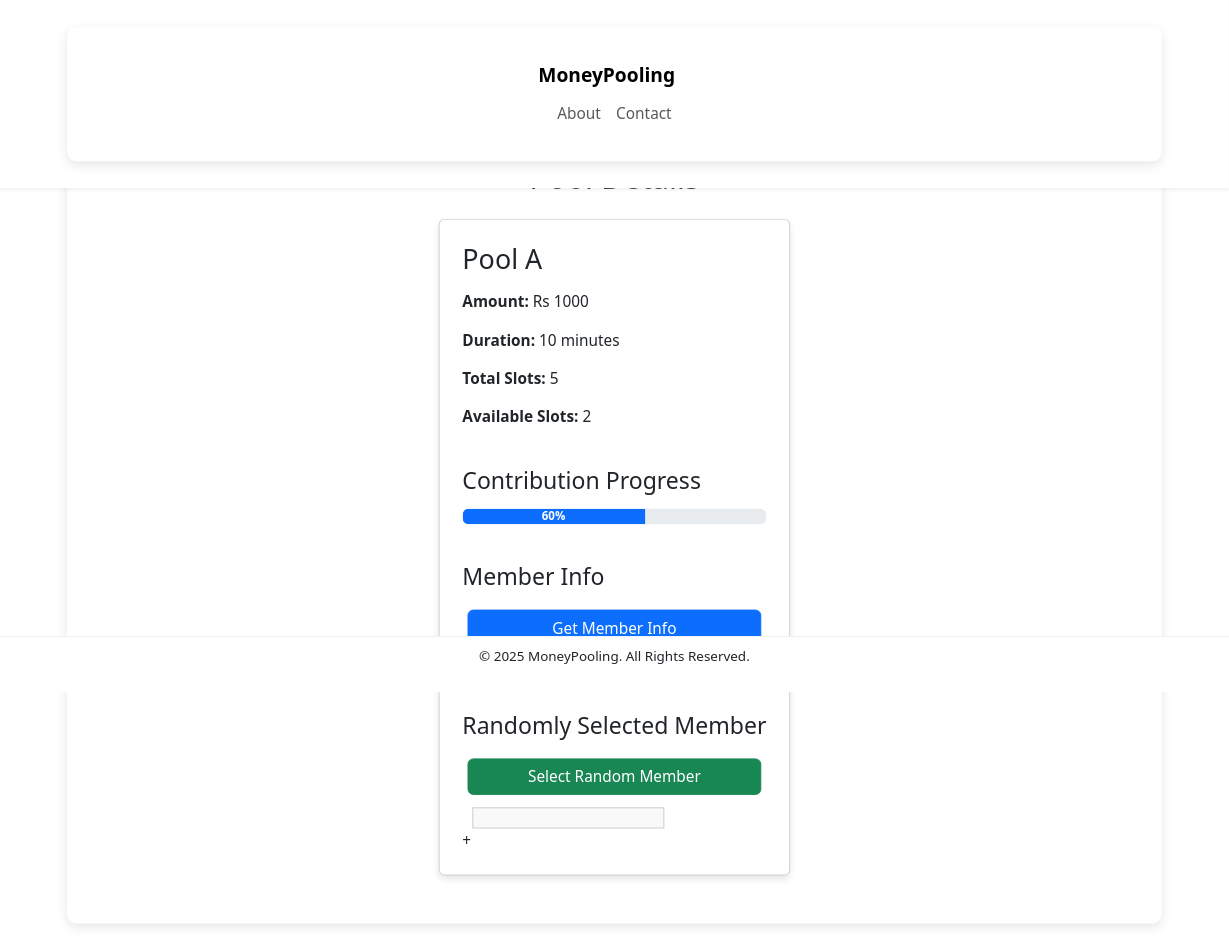
Repository: xxgautm420/MoneyPool
Page: http://localhost/progress
An editor plug-in stored every save of this project. The page is shown before and after the next save, followed by the edit.
The browser window is 1280 px wide. The pictures show the whole page, at 96% of full size.
The page is served by the project's application, run on Flask 3 (app.py). Other server files are loaded and not shown.

Above is the page before, as saved 2025-03-02 13:12:59.

### templates/progress.html
<!DOCTYPE html>
<html lang="en">
<head>
    <meta charset="UTF-8">
    <meta name="viewport" content="width=device-width, initial-scale=1.0">
    <title>Money Pooling</title>

    <!-- External Stylesheets -->
    <link rel="stylesheet" href="{{ url_for('static', filename='Css/progress.css') }}">
    <link href="https://cdn.jsdelivr.net/npm/bootstrap@5.3.0-alpha1/dist/css/bootstrap.min.css" rel="stylesheet">
</head>
<body>

    <!-- Navbar -->
    <nav class="navbar navbar-expand-lg navbar-light bg-white fixed-top shadow-sm">
        <div class="container">
            <a class="navbar-brand fw-bold" href="#">MoneyPooling</a>
            <div class="collapse navbar-collapse">
                <ul class="navbar-nav me-auto mb-2 mb-lg-0">
                    <li class="nav-item">
                        <a class="nav-link" href="#" id="aboutLink">About</a>
                    </li>
                    <li class="nav-item">
                        <a class="nav-link" href="#" id="contactLink">Contact</a>
                    </li>
                </ul>

        <div id="aboutFormContainer" class="about-container" style="display: none;">
            <div class="about-box">
        <section>
            <h1>About This Project</h1>
            <p>In today's digital age, web applications play a pivotal role in streamlining various processes and enhancing user experiences. This project focuses on developing a web application designed to facilitate a unique and engaging process where members join a slot, contribute a specified amount, and a randomly selected member benefits until all members have been selected. The application aims to provide a seamless and user-friendly experience, ensuring secure login, easy slot selection, and transparent tracking of contributions.</p>
            <p>The project is motivated by the need to create an efficient and reliable system that can manage member contributions and random selections in a fair and transparent manner. By leveraging modern web technologies, the application aims to enhance user engagement and foster a sense of community among members. This document outlines the functional requirements, user interaction flow, technical specifications, and expected outcomes of the project.</p>
            <button id="closeAbout" class="close-button"> x</button>
        </section>
        </div>
    </div>
    <div id="contactFormContainer" class="contact-container" style="display: none;">
        <div class="contact-box">
    <section>
        <h1>Contact</h1>
        <form>
            <label for="name">Name:</label><br>
            <input type="text" id="name" name="name" placeholder="Your Name"><br><br>
            <label for="email">Email:</label><br>
            <input type="email" id="email" name="email" placeholder="Your Email"><br><br>
            <label for="number">Number:</label><br>
            <input type="tel" id="number" name="number" placeholder="Your Phone Number"><br><br>
        </form>
        <p><strong>Address:</strong> Your Address Here</p>
        <p><strong>Contact Number:</strong> Your Contact Number Here</p>

        <button id="closeContact" class="close-button"> x</button>
    </section>
    </div>
</div>


            </div>
        </div>
    </nav>
    <!-- Main Content -->
    <!-- Pool Details Section -->
    <div class="container mt-5 pt-5">
        <h2 class="text-center mb-4">Pool Details</h2>
        <div class="card p-4">
            <h3 id="poolName">Pool A</h3>
            <p><strong>Amount:</strong> Rs <span id="poolAmount">1000</span></p>
            <p><strong>Duration:</strong> 10 minutes</p>
            <p><strong>Total Slots:</strong> 5</p>
            <p><strong>Available Slots:</strong> <span id="availableSlots">2</span></p>

            <!-- Contribution Progress -->
            <h4 class="mt-4">Contribution Progress</h4>
            <div class="progress mb-3">
                <div id="progressBar" class="progress-bar" role="progressbar" style="width: 60%">60%</div>
            </div>

            <!-- Member Info Section -->
            <h4 class="mt-4">Member Info</h4>
            <button id="memberInfoButton" class="btn btn-primary" onclick="fetchUsername(1)">Get Member Info</button>
            <div id="usernamePlaceholder" class="username-placeholder mt-2"></div> <!-- Placeholder for username -->


            <h4 class="mt-4">Randomly Selected Member</h4>
            <button id="randomSelectButton" class="btn btn-success">Select Random Member</button>
            <div id="selectedMemberPlaceholder" class="selected-member-placeholder mt-2"></div> <!-- Placeholder for selected username -->+
            </div>



        </div>




    <!-- Footer -->
    <footer class="footer">
        <p>&copy; 2025 MoneyPooling. All Rights Reserved.</p>
    </footer>

    <!-- External JavaScript -->
    <script src="{{ url_for('static', filename='Script/progress.js') }}"></script>
</body>
</html>

### app.py
from flask import Flask, render_template , jsonify
from user import User, db
from config import Config
from auth import auth_bp

app = Flask(__name__)
app.config.from_object(Config)
db.init_app(app)

app.register_blueprint(auth_bp)

@app.route('/')
def home():
    return render_template('index.html')

@app.route('/progress')
def progress():
    return render_template('progress.html')

@app.route('/api/users/top5', methods=['GET'])
def get_top5_users():
    users = User.query.limit(5).all()
    return jsonify([user.username for user in users])

if __name__ == '__main__':
    app.run(debug=True)

### static/Css/progress.css
/* General Page Styling */
body {
    font-family: Arial, sans-serif;
    text-align: center;
    margin: 0;
    background-color: white;
    padding-top: 70px; /* Space for fixed navbar */
    display: flex;
    flex-direction: column;
    min-height: 100vh; /* Ensure the body takes at least the full height of the viewport */
}

/* Navbar */
.navbar {
    box-shadow: 0px 2px 5px rgba(0, 0, 0, 0.1);
}


/* About Form Container */
.about-container {
    position: fixed;
    top: 50%;
    left: 50%;
    transform: translate(-50%, -50%);
    width: 80%;
    max-width: 600px;
    background-color: white;
    border-radius: 10px;
    box-shadow: 0 4px 8px rgba(0, 0, 0, 0.1);
    overflow: auto;
    max-height: 90vh;
    padding: 20px;
}

.about-box {
    padding: 20px;
}

.about-container h1 {
    margin-top: 0;
}

.about-container p {
    line-height: 1.6;
}

.close-button {
    position: absolute;
    top: 10px;
    right: 10px;
    background-color: #f44336;
    color: white;
    border: none;
    border-radius: 50%;
    width: 30px;
    height: 30px;
    cursor: pointer;
    font-size: 16px;
}

.close-button:hover {
    background-color: #d32f2f;
}

 /* contact form */

 .contact-container {
    position: fixed;
    top: 50%;
    left: 50%;
    transform: translate(-50%, -50%);
    width: 80%;
    max-width: 600px;
    background-color: white;
    border-radius: 10px;
    box-shadow: 0 4px 8px rgba(0, 0, 0, 0.1);
    overflow: auto;
    max-height: 90vh;
    padding: 20px;
}

.contact-container h1 {
    margin-top: 0;
}

.contact-container form {
    margin-top: 20px;
}

.contact-container input,
.contact-container textarea {
    width: 100%;
    padding: 10px;
    margin-top: 5px;
    margin-bottom: 10px;
    border-radius: 5px;
    border: 1px solid #ccc;
}

.contact-container p {
    line-height: 1.6;
    margin-top: 10px;
}

.close-button {
    position: absolute;
    top: 10px;
    right: 10px;
    background-color: #f44336;
    color: white;
    border: none;
    border-radius: 50%;
    width: 30px;
    height: 30px;
    cursor: pointer;
    font-size: 16px;
}

.close-button:hover {
    background-color: #d32f2f;
}


/* Main Container */
.container {
    width: 80%;
    max-width: 600px;
    margin: 20px auto;
    padding: 30px;
    background-color: #fff;
    border-radius: 10px;
    box-shadow: 0 4px 12px rgba(0, 0, 0, 0.1);
    flex: 1; /* Allow the container to grow and take available space */
    overflow-y: auto; /* Enable vertical scrolling if content exceeds height */
    display: flex;
    flex-direction: column; /* Stack the elements vertically */
    align-items: center; /* Center items horizontally */
}

/* Member Section */
.member-section {
    display: flex;
    align-items: center; /* Align items vertically centered within the container */
    justify-content: center; /* Align items horizontally centered within the container */
    margin-top: 20px;
}

.card {
    padding: 20px;
    border: 1px solid #dee2e6;
    border-radius: 10px;
    background-color: #ffffff;
    box-shadow: 0 4px 8px rgba(0, 0, 0, 0.1);
    margin-bottom: 20px; /* Add spacing between cards */
}

.card h3, .card h4 {
    margin-bottom: 15px;
}

.progress {
    height: 25px;
}

.progress-bar {
    background-color: #28a745; /* Green background for progress bar */
    color: white;
    font-weight: bold;
    line-height: 25px; /* Vertically center the text within the progress bar */
}

.list-group-item {
    padding: 10px;
    border: 1px solid #dee2e6;
    margin-bottom: 5px;
}

.btn {
    margin: 5px;
    padding: 10px 20px;
    font-size: 16px;
    border-radius: 5px;
    border: none;
}

.btn-success {
    background-color: #28a745;
    color: white;
}

.btn-success:hover {
    background-color: #218838;
}

.mt-4 {
    margin-top: 1.5rem;
}

.mt-5 {
    margin-top: 3rem;
}

.mb-3 {
    margin-bottom: 1rem;
}

.mb-4 {
    margin-bottom: 1.5rem;
}

.text-center {
    text-align: center;
}

/* Footer */
footer {
    width: 100%;
    background-color: white;
    text-align: center;
    padding: 10px;
    font-size: 14px;
    border-top: 1px solid #dee2e6;
    position: fixed; /* Fixed position to stick to the bottom */
    bottom: 0; /* Align to the bottom of the viewport */
    left: 0; /* Ensure it spans the entire width */
    z-index: 1000; /* Ensure it's on top of other elements */
}

.username-placeholder {
    padding: 10px;
    border: 1px solid #ccc;
    border-radius: 5px;
    background-color: #f9f9f9;
    max-width: 400px;
    margin: 10px 0;
}

.username-item {
    padding: 5px;
    border-bottom: 1px solid #ddd;
    font-family: Arial, sans-serif;
    font-size: 14px;
}

.username-item:last-child {
    border-bottom: none;
}

.selected-member-placeholder {
    display: inline-block;
    margin-left: 10px; /* Adjust the space between the button and the placeholder */
    padding: 10px;
    border: 1px solid #ccc;
    background-color: #f9f9f9;
    width: 200px; /* Adjust the width as needed */
    vertical-align: middle; /* Aligns vertically with the button */
}

### static/Script/progress.js
document.addEventListener("DOMContentLoaded", () => {
    const memberInfoButton = document.getElementById("memberInfoButton");
    const usernamePlaceholder = document.getElementById("usernamePlaceholder");
    const randomSelectButton = document.getElementById("randomSelectButton");
    const selectedMemberPlaceholder = document.getElementById("selectedMemberPlaceholder");

    let usernames = [];
    let selectedUsernames = new Set();

    // Fetch and display top 5 users
    memberInfoButton.addEventListener("click", () => {
        fetch('/api/users/top5')
            .then(response => response.json())
            .then(data => {
                usernames = data;
                usernamePlaceholder.innerHTML = usernames.map(user => `<div class="username-item">${user}</div>`).join('');
            })
            .catch(error => {
                console.error('Error fetching user data:', error);
                usernamePlaceholder.innerHTML = 'An error occurred';
            });
    });

    // Randomly select and display a member
    randomSelectButton.addEventListener("click", () => {
        if (selectedUsernames.size >= usernames.length) {
            selectedMemberPlaceholder.innerHTML = 'All members have been selected.';
            return;
        }

        let remainingUsers = usernames.filter(user => !selectedUsernames.has(user));
        let randomIndex = Math.floor(Math.random() * remainingUsers.length);
        let selectedUser = remainingUsers[randomIndex];

        selectedUsernames.add(selectedUser);

        selectedMemberPlaceholder.innerHTML = `Selected Member: ${selectedUser}`;

        setTimeout(() => {
            randomSelectButton.click();
        }, 5000);
    });
});

After the next save:
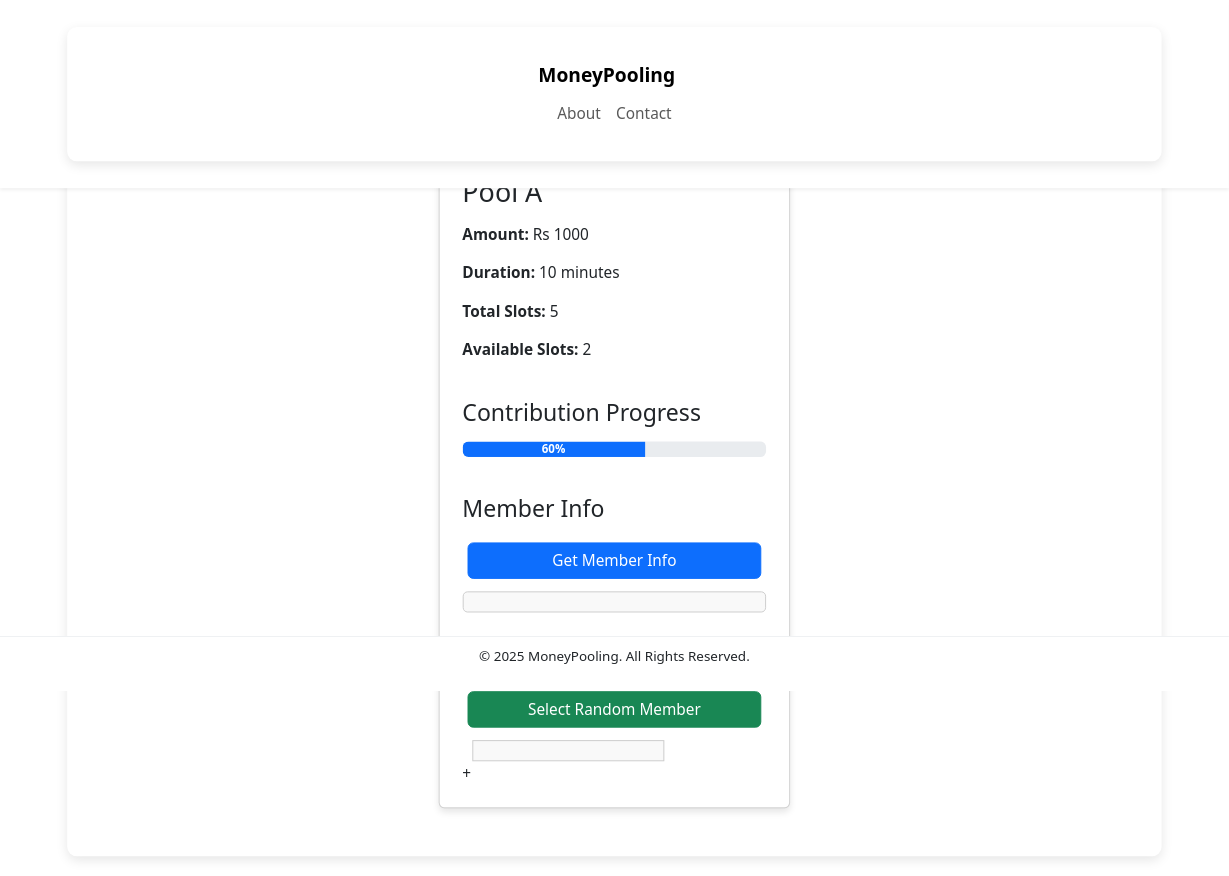
Saved 2 min 55 s later.
--- a/static/Css/progress.css
+++ b/static/Css/progress.css
@@ -1,124 +1,3 @@
-/* General Page Styling */
-body {
-    font-family: Arial, sans-serif;
-    text-align: center;
-    margin: 0;
-    background-color: white;
-    padding-top: 70px; /* Space for fixed navbar */
-    display: flex;
-    flex-direction: column;
-    min-height: 100vh; /* Ensure the body takes at least the full height of the viewport */
-}
-
-/* Navbar */
-.navbar {
-    box-shadow: 0px 2px 5px rgba(0, 0, 0, 0.1);
-}
-
-
-/* About Form Container */
-.about-container {
-    position: fixed;
-    top: 50%;
-    left: 50%;
-    transform: translate(-50%, -50%);
-    width: 80%;
-    max-width: 600px;
-    background-color: white;
-    border-radius: 10px;
-    box-shadow: 0 4px 8px rgba(0, 0, 0, 0.1);
-    overflow: auto;
-    max-height: 90vh;
-    padding: 20px;
-}
-
-.about-box {
-    padding: 20px;
-}
-
-.about-container h1 {
-    margin-top: 0;
-}
-
-.about-container p {
-    line-height: 1.6;
-}
-
-.close-button {
-    position: absolute;
-    top: 10px;
-    right: 10px;
-    background-color: #f44336;
-    color: white;
-    border: none;
-    border-radius: 50%;
-    width: 30px;
-    height: 30px;
-    cursor: pointer;
-    font-size: 16px;
-}
-
-.close-button:hover {
-    background-color: #d32f2f;
-}
-
- /* contact form */
-
- .contact-container {
-    position: fixed;
-    top: 50%;
-    left: 50%;
-    transform: translate(-50%, -50%);
-    width: 80%;
-    max-width: 600px;
-    background-color: white;
-    border-radius: 10px;
-    box-shadow: 0 4px 8px rgba(0, 0, 0, 0.1);
-    overflow: auto;
-    max-height: 90vh;
-    padding: 20px;
-}
-
-.contact-container h1 {
-    margin-top: 0;
-}
-
-.contact-container form {
-    margin-top: 20px;
-}
-
-.contact-container input,
-.contact-container textarea {
-    width: 100%;
-    padding: 10px;
-    margin-top: 5px;
-    margin-bottom: 10px;
-    border-radius: 5px;
-    border: 1px solid #ccc;
-}
-
-.contact-container p {
-    line-height: 1.6;
-    margin-top: 10px;
-}
-
-.close-button {
-    position: absolute;
-    top: 10px;
-    right: 10px;
-    background-color: #f44336;
-    color: white;
-    border: none;
-    border-radius: 50%;
-    width: 30px;
-    height: 30px;
-    cursor: pointer;
-    font-size: 16px;
-}
-
-.close-button:hover {
-    background-color: #d32f2f;
-}
 
 
 /* Main Container */
